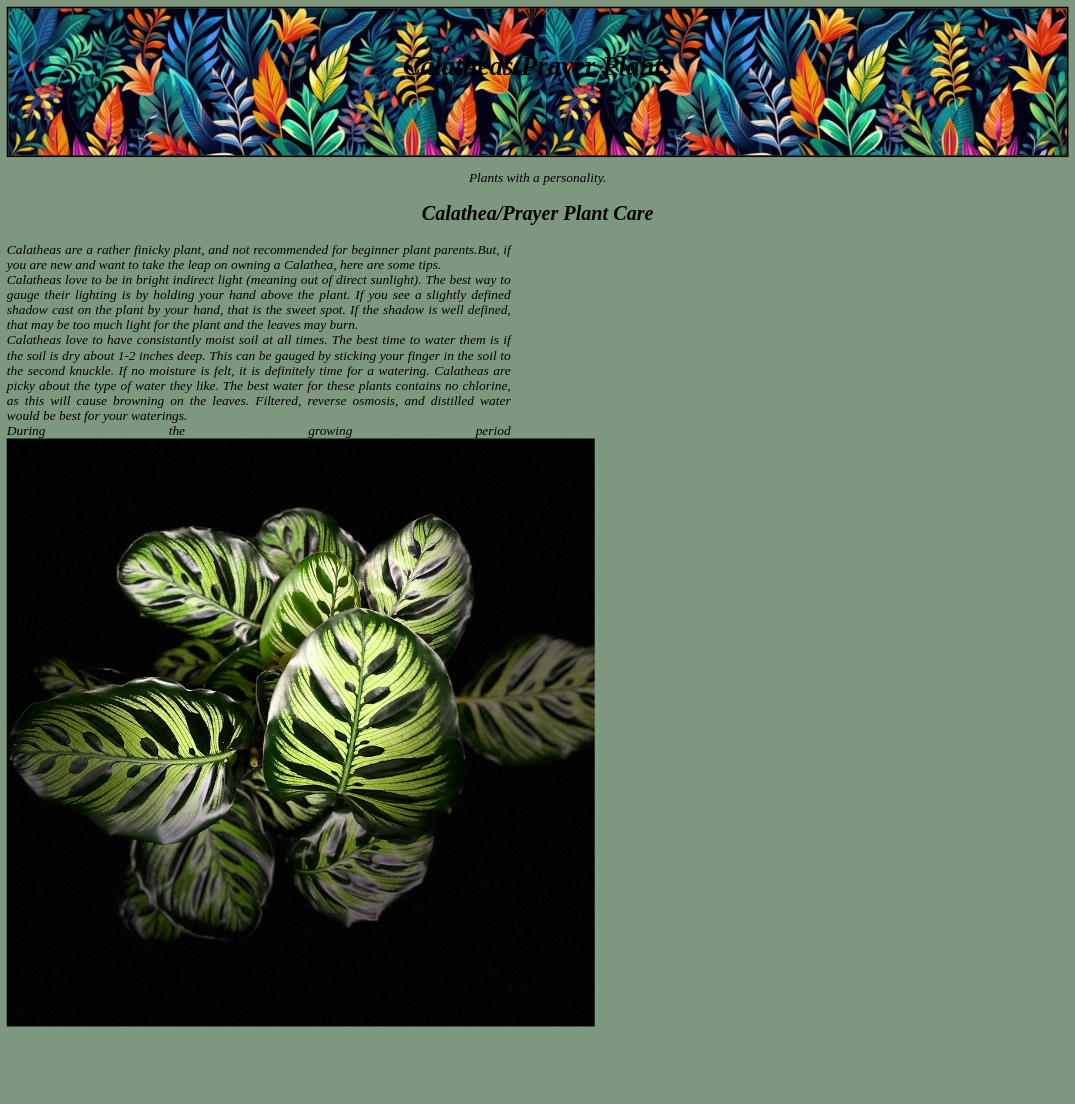
Repository: swillis91/odin-recipies
Page: Planty Page/calatheas.html
The author's editor kept a copy of each file at every save. The page is drawn from the files as they stood at one save, then again after the next save.
The browser window is 1280 px wide. The pictures show the whole page, at 84% of full size.

Above is the page before, as saved 2023-08-11 00:19:11.

After the next save:
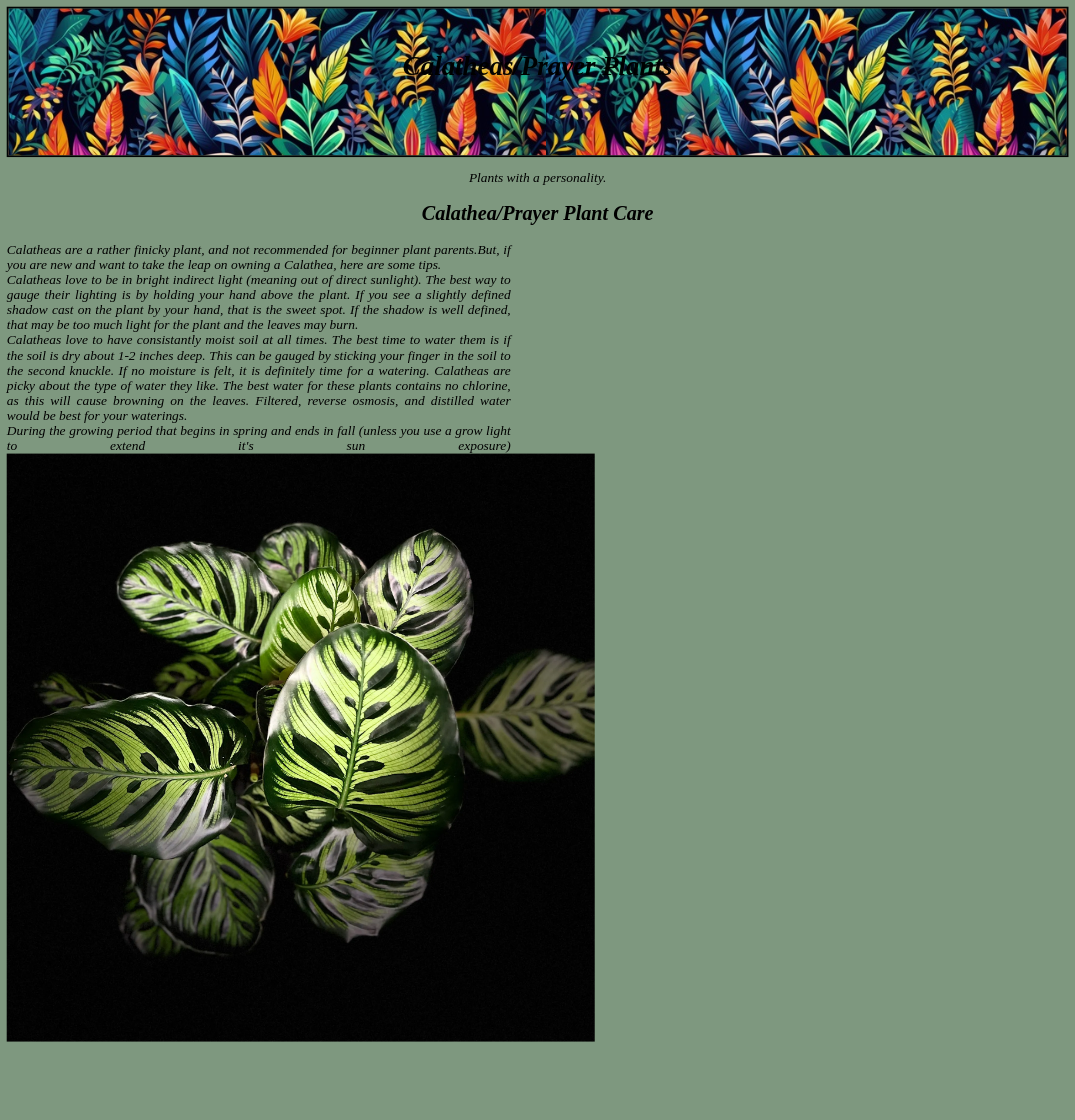
Saved 37 s later.
--- a/Planty Page/calatheas.html
+++ b/Planty Page/calatheas.html
@@ -14,7 +14,7 @@
                 <br>
                 Calatheas love to have consistantly moist soil at all times. The best time to water them is if the soil is dry about 1-2 inches deep. This can be gauged by sticking your finger in the soil to the second knuckle. If no moisture is felt, it is definitely time for a watering. Calatheas are picky about the type of water they like. The best water for these plants contains <em>no</em> chlorine, as this will cause browning on the leaves. Filtered, reverse osmosis, and distilled water would be best for your waterings.
                 <br>
-                During the growing period
+                During the growing period that begins in spring and ends in fall (unless you use a grow light to extend it's <i>sun</i> exposure)
                 <img src="./Images/makoyana.webp" id="calathea makoyana" width="700px">
 
                 </tr>
